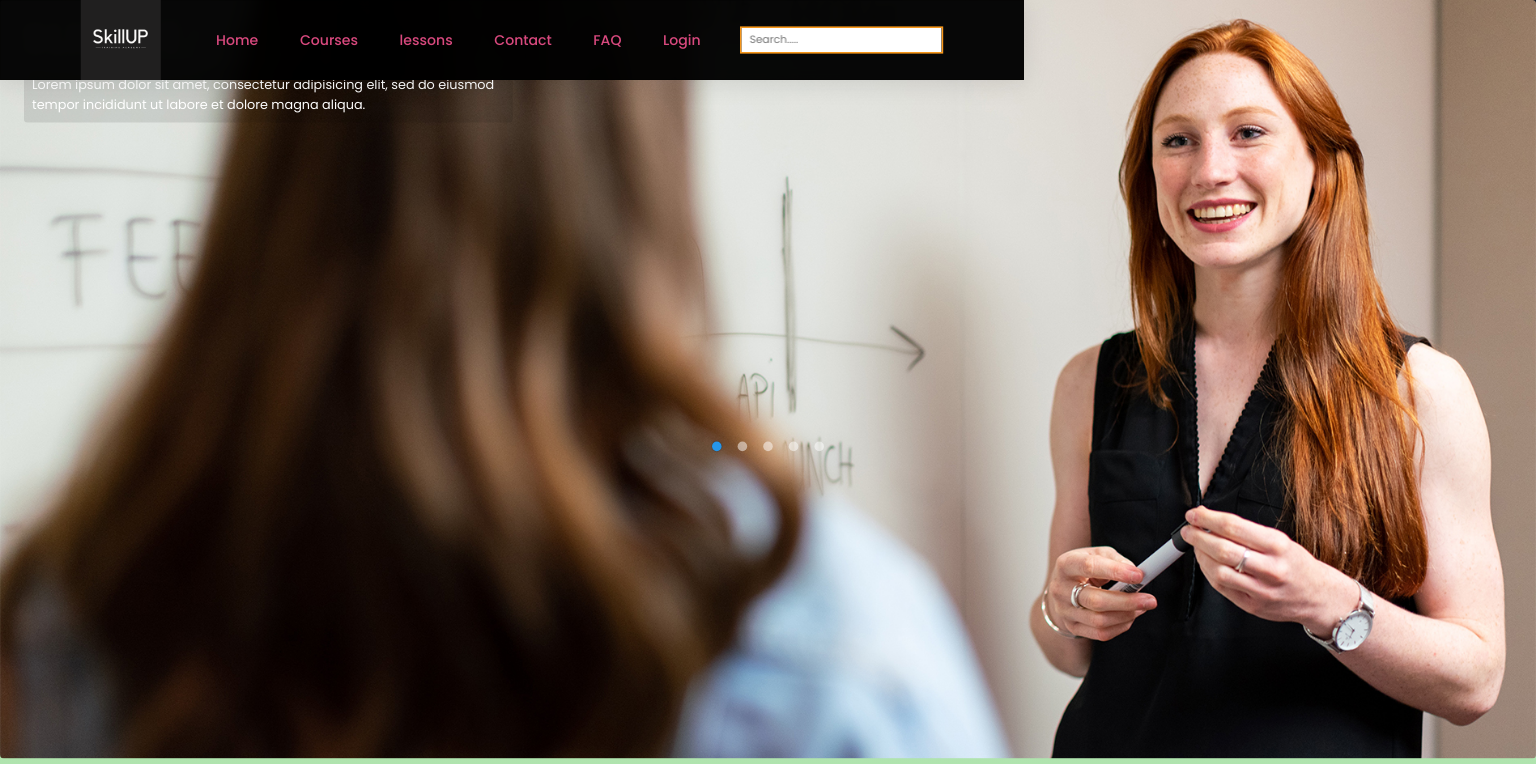
Repository: 2tzz/SkillUp-Academy
Page: home.html
An editor plug-in stored every save of this project. The page is shown before and after the next save, followed by the edit.
The browser window is 1280 px wide. The page is 1920 px wide, so the pictures cover 1920 px, including what lies to the right of the window. The pictures show the whole page, at 80% of full size.
Some web fonts or font styles are not loaded; a fallback is used.

Above is the page before, as saved 2022-10-22 18:16:58.

After the next save:
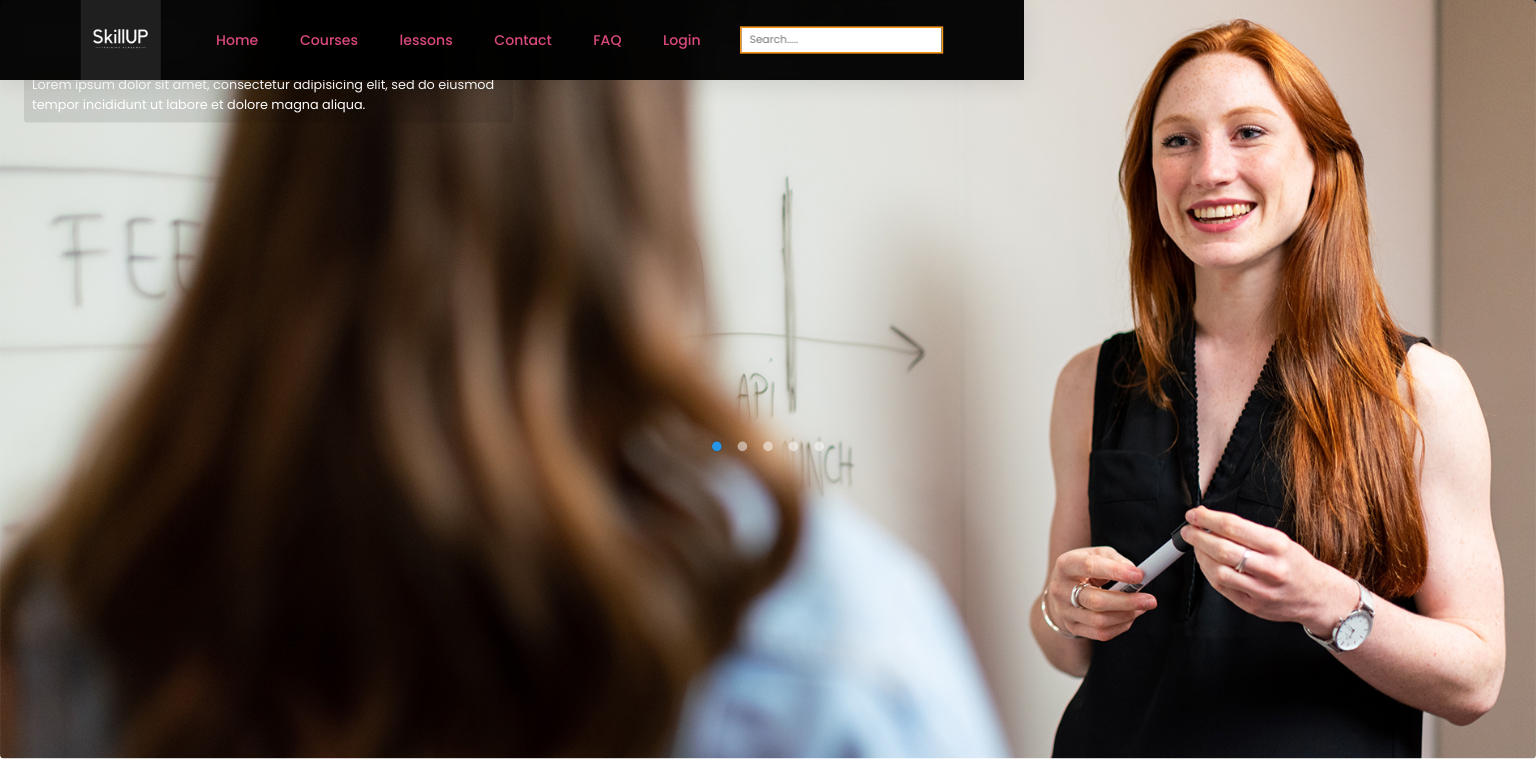
Saved 21 s later.
--- a/CSS/home.css
+++ b/CSS/home.css
@@ -17,11 +17,6 @@ body{
 
 }
 */
-body{
-    width: 100%;
-    height: 100vh;
-    background-image: linear-gradient(0deg,rgba(57, 187, 53, 0.4)100%,rgb(241, 146, 36)100%);
-  }
 
 
 @import url('https://fonts.googleapis.com/css2?family=Poppins:wght@100;200;300;400;500;600;700;800;900&display=swap');
